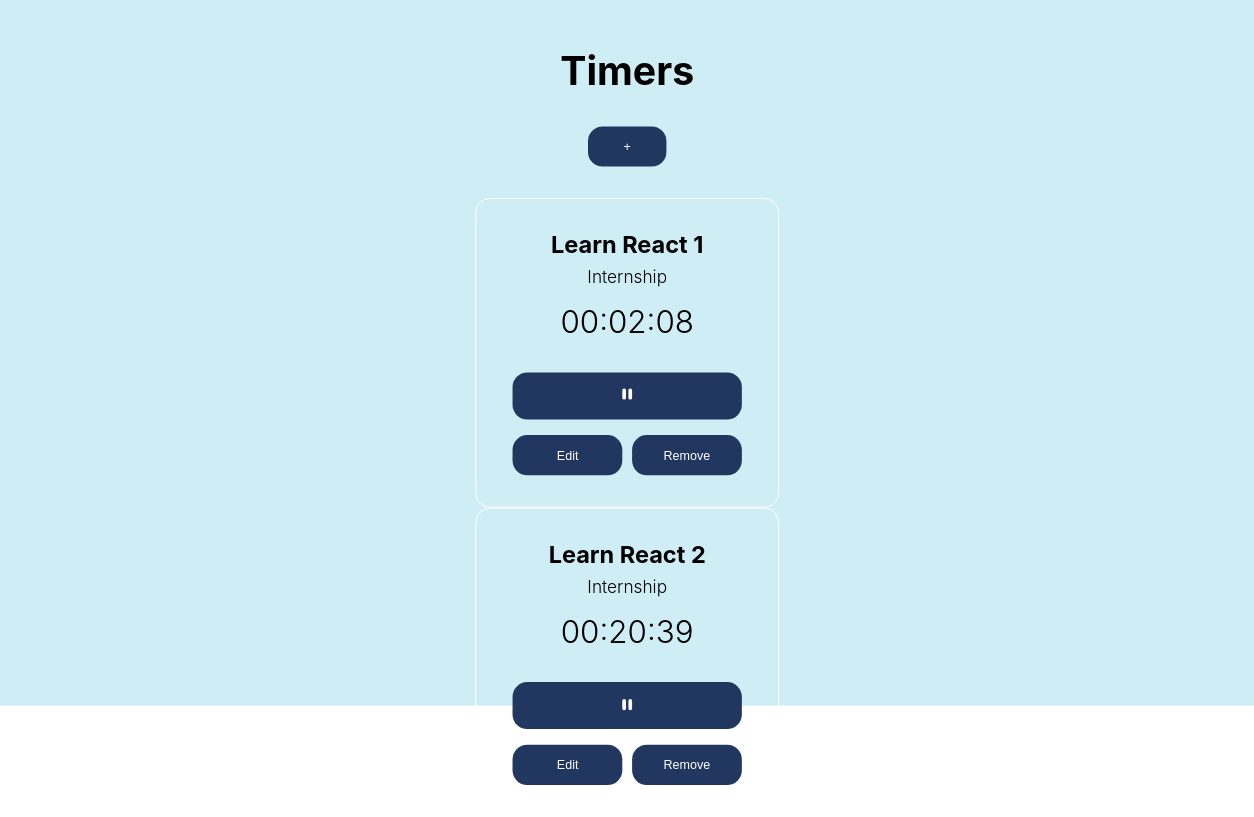
Repository: dqhuy153/react-timer
Page: /
An editor plug-in stored every save of this project. The page is shown before and after the next save, followed by the edit.
The browser window is 1280 px wide. The pictures show the whole page, at 98% of full size.
The project was rebuilt for these pictures with package versions that can differ from the ones it lists, and the page was loaded fresh each time. Also part of the build but not shown: src/components/TimerForm/TimerForm.module.scss, src/components/TimerForm/index.jsx.

Above is the page before, as saved 2021-10-26 17:40:05.

### src/index.css
* {
  padding: 0;
  margin: 0;
  box-sizing: border-box;
}

body {
  margin: 0;
  font-family: -apple-system, BlinkMacSystemFont, 'Segoe UI', 'Roboto', 'Oxygen',
    'Ubuntu', 'Cantarell', 'Fira Sans', 'Droid Sans', 'Helvetica Neue',
    sans-serif;
  -webkit-font-smoothing: antialiased;
  -moz-osx-font-smoothing: grayscale;

  font-size: 62.5%;
}

code {
  font-family: source-code-pro, Menlo, Monaco, Consolas, 'Courier New',
    monospace;
}

### src/App.js
import { useEffect, useRef, useState } from 'react';
import './App.scss';

import EditableTimerForm from './components/EditableTimerForm';
import ToggleableTimerForm from './components/ToggeableTimerForm';
import { newTimer } from './utils/TimerUtils';

function App() {
  const timerRef = useRef();
  const [timers, setTimers] = useState([
    {
      id: 1,
      title: 'Learn React 1',
      project: 'Internship',
      time: 123454,
      isRunning: true,
    },
    {
      id: 2,
      title: 'Learn React 2',
      project: 'Internship',
      time: 1234545,
      isRunning: true,
    },
  ]);

  const handleUpdateTimer = (data) => {
    let newTimers;

    //if has no id, create a new one
    if (!data.id) {
      newTimers = [
        newTimer({
          title: data.title,
          project: data.project,
        }),
        ...timers,
      ];
    }
    //update existing timer
    else {
      newTimers = timers.map((timer, idx) => {
        if (timer.id === data.id) {
          return {
            ...timer,
            title: data.title,
            project: data.project,
          };
        }

        return timer;
      });
    }

    setTimers(newTimers);
  };

  useEffect(() => {
    clearTimeout(timerRef.current);

    timerRef.current = setTimeout(() => {
      const newTimers = timers.map((timer, idx) => {
        if (timer.isRunning)
          return {
            ...timer,
            time: timer.time + 1000,
          };

        return timer;
      });

      setTimers(newTimers);
    }, 1000);
  }, [timers]);

  return (
    <div className="App">
      <div className="body">
        <h1>Timers</h1>

        <ToggleableTimerForm onUpdate={handleUpdateTimer} />

        {timers.map((timer) => {
          return (
            <EditableTimerForm
              key={timer.id}
              id={timer.id}
              title={timer.title}
              project={timer.project}
              timer={timer.time}
              isRunning={timer.isRunning}
            />
          );
        })}
      </div>
    </div>
  );
}

export default App;

### src/App.scss
.App {
  background: #ceedf5;
}

.body {
  display: flex;
  justify-content: flex-start;
  align-items: center;
  flex-direction: column;
  padding: 3rem 0;
  height: 100vh;

  h1 {
    font-size: 2.5rem;
  }
}

### src/components/EditableTimerForm/index.jsx
import React, { useState } from 'react';
import Timer from '../Timer';
import TimerForm from '../TimerForm';

import styles from './EditableTimerForm.module.scss';

const EditableTimerForm = ({
  id,
  title,
  project,
  timer,
  isRunning,
  onUpdate,
  onRemove,
  onTimerClick,
}) => {
  const [isEdit, setIsEdit] = useState(false);

  const handleOpenEdit = () => {
    setIsEdit(true);
  };

  const handleCloseEdit = () => {
    setIsEdit(false);
  };

  const handleUpdate = (data) => {
    onUpdate(data);
    handleOpenEdit();
  };

  const content = isEdit ? (
    <TimerForm
      id={id}
      title={title}
      project={project}
      timer={timer}
      onCancel={handleCloseEdit}
      onUpdate={handleUpdate}
    />
  ) : (
    <Timer
      id={id}
      title={title}
      project={project}
      timer={timer}
      isRunning={isRunning}
      onEdit={handleOpenEdit}
      onRemove={onRemove}
      onTimerClick={onTimerClick}
    />
  );

  return <div className={styles.container}>{content}</div>;
};

export default EditableTimerForm;

### src/components/ToggeableTimerForm/index.jsx
import { useState } from 'react';
import Button from '../Button';
import TimerForm from '../TimerForm';

import styles from './ToggleableTimerForm.module.scss';

const ToggleableTimerForm = ({ onUpdate, ...props }) => {
  const [isOpen, setIsOpen] = useState(false);

  const handleOpenForm = () => {
    setIsOpen(true);
  };

  const handleCloseForm = () => {
    setIsOpen(false);
  };

  const handleUpdate = (data) => {
    onUpdate(data);
    handleCloseForm();
  };

  const content = isOpen ? (
    <TimerForm onCancel={handleCloseForm} onUpdate={handleUpdate} />
  ) : (
    <Button onClick={handleOpenForm}>+</Button>
  );

  return <div className={styles.container}>{content}</div>;
};

export default ToggleableTimerForm;

### src/utils/TimerUtils.js
import { v4 as uuidv4 } from 'uuid';

export const millisecondsToHuman = (ms) => {
  const seconds = Math.floor((ms / 1000) % 60);
  const minutes = Math.floor((ms / 1000 / 60) % 60);
  const hours = Math.floor(ms / 1000 / 60 / 60);

  const humanized = [
    pad(hours.toString(), 2),
    pad(minutes.toString(), 2),
    pad(seconds.toString(), 2),
  ].join(':');

  return humanized;
};

const pad = (numberString, size) => {
  let padded = numberString;
  while (padded.length < size) {
    padded = `0${padded}`;
  }
  return padded;
};

export const newTimer = (attrs = {}) => {
  const timer = {
    title: attrs.title || 'Timer',
    project: attrs.project || 'Project',
    id: uuidv4(),
    time: 0,
    isRunning: false,
  };

  return timer;
};

### src/components/Timer/index.jsx
import React from 'react';
import { BsPauseFill, BsPlayFill } from 'react-icons/bs';

import { millisecondsToHuman } from '../../utils/TimerUtils';
import Button from '../Button';
import styles from './Timer.module.scss';

const Timer = ({
  title,
  project,
  timer,
  isRunning,
  onEdit,
  onRemove,
  onTimerClick,
}) => {
  const buttonLabel = isRunning ? (
    <BsPauseFill size={20} />
  ) : (
    <BsPlayFill size={20} />
  );

  return (
    <div className={styles.container}>
      <h2>{title}</h2>
      <p>{project}</p>
      <p className={styles.timer}>{millisecondsToHuman(timer)}</p>
      <Button className={styles.timer_btn} onClick={onTimerClick}>
        {buttonLabel}
      </Button>
      <div className={styles.btn_container}>
        <Button className={styles.btn} onClick={onEdit}>
          Edit
        </Button>
        <Button className={styles.btn} onClick={onRemove}>
          Remove
        </Button>
      </div>
    </div>
  );
};

export default Timer;

### src/components/EditableTimerForm/EditableTimerForm.module.scss
.container {
  transition: all 0.2s linear;

  &:hover {
    box-shadow: rgba(100, 100, 111, 0.2) 0px 7px 29px 0px;
    background: #ffffff;
  }
}

### src/components/Button/index.jsx
import React from 'react';

import styles from './Button.module.scss';

const Button = ({
  children,
  onClick,
  className,
  bgColor = '#22375f',
  color = '#fff',
  hoverColor = '#22375f',
  hoverBgColor = '#fff',
  ...rest
}) => {
  return (
    <button
      style={{
        '--bg-color': bgColor,
        '--color': color,
        '--hover-color': hoverColor,
        '--hover-bg-color': hoverBgColor,
      }}
      className={`${styles.container} ${className}`}
      onClick={onClick}
      children={children}
      {...rest}
    ></button>
  );
};

export default Button;

### src/components/ToggeableTimerForm/ToggleableTimerForm.module.scss
.container {
  margin: 2rem;
}

### src/components/Timer/Timer.module.scss
.container {
  text-align: center;
  border: 1px solid #fff;
  padding: 2rem;
  border-radius: 15px;

  h2 {
    font-size: 1.5rem;
    margin-bottom: 0.5rem;
  }
  p {
    font-size: 1.1rem;
    font-weight: 300;
    margin-bottom: 1rem;
  }

  .timer {
    font-size: 2rem;
  }

  .btn_container {
    .btn {
      margin: 0 0.3rem;
      min-width: 7rem;
    }
  }

  .timer_btn {
    width: 96%;
    margin: 1rem auto;
  }
}

### src/components/Button/Button.module.scss
.container {
  padding: 0.8rem 2rem;
  min-width: 5rem;
  border: none;
  color: var(--color);
  border-radius: 15px;
  background: var(--bg-color);
  font-size: 0.8rem;
  cursor: pointer;
  transition: all 0.2s linear;

  &:hover {
    box-shadow: rgba(100, 100, 111, 0.3) 0px 7px 29px 0px;
    background: var(--hover-bg-color);
    color: var(--hover-color);
    font-weight: bold;
  }

  &:active {
    transform: translateY(2px);
  }
}

Loaded but not shown: public/index.html (common file); src/index.js (common file); src/reportWebVitals.js (common file)

After the next save:
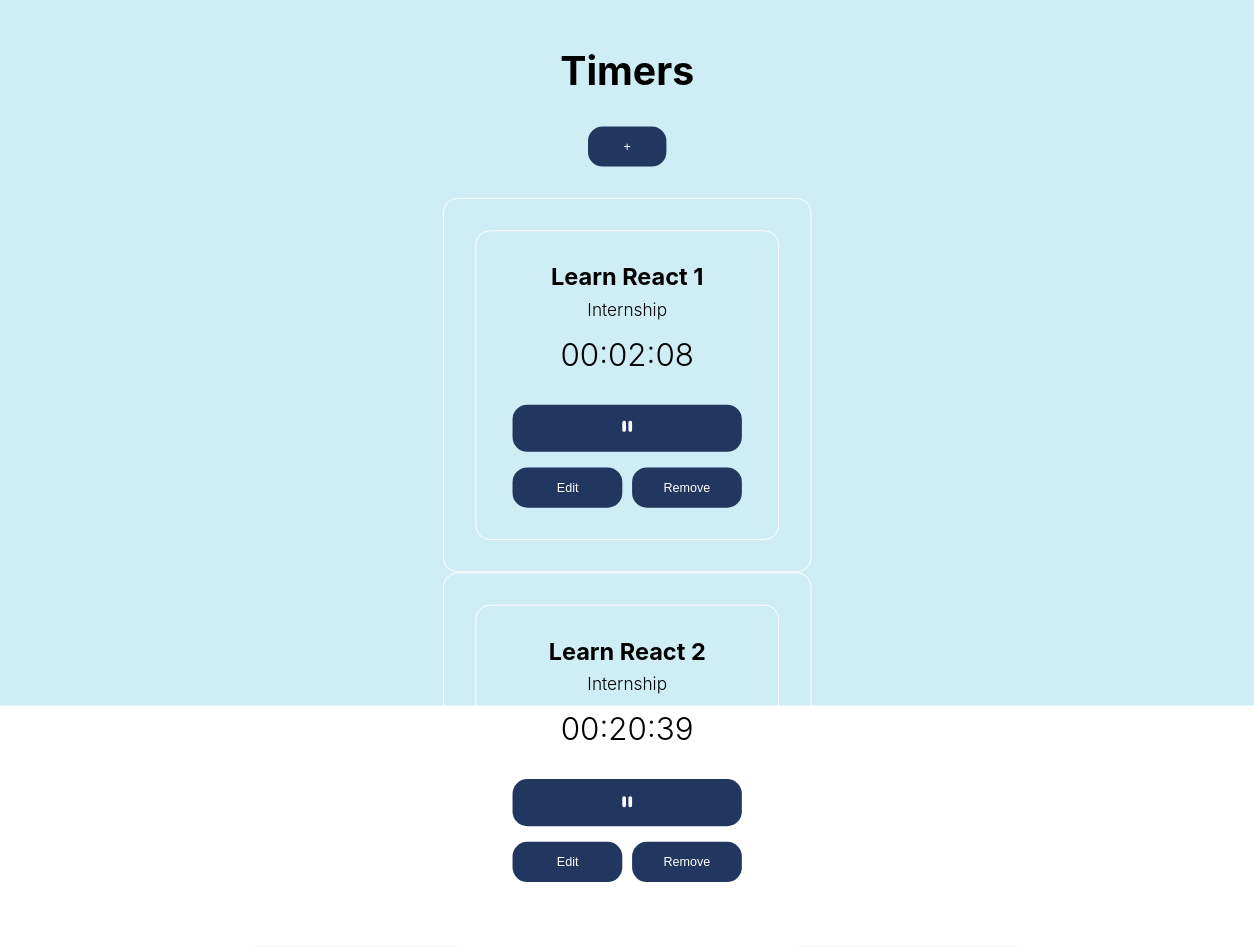
Saved 34 s later.
--- a/src/components/EditableTimerForm/EditableTimerForm.module.scss
+++ b/src/components/EditableTimerForm/EditableTimerForm.module.scss
@@ -1,5 +1,8 @@
 .container {
   transition: all 0.2s linear;
+  border: 1px solid #fff;
+  padding: 2rem;
+  border-radius: 15px;
 
   &:hover {
     box-shadow: rgba(100, 100, 111, 0.2) 0px 7px 29px 0px;

After the save that followed:
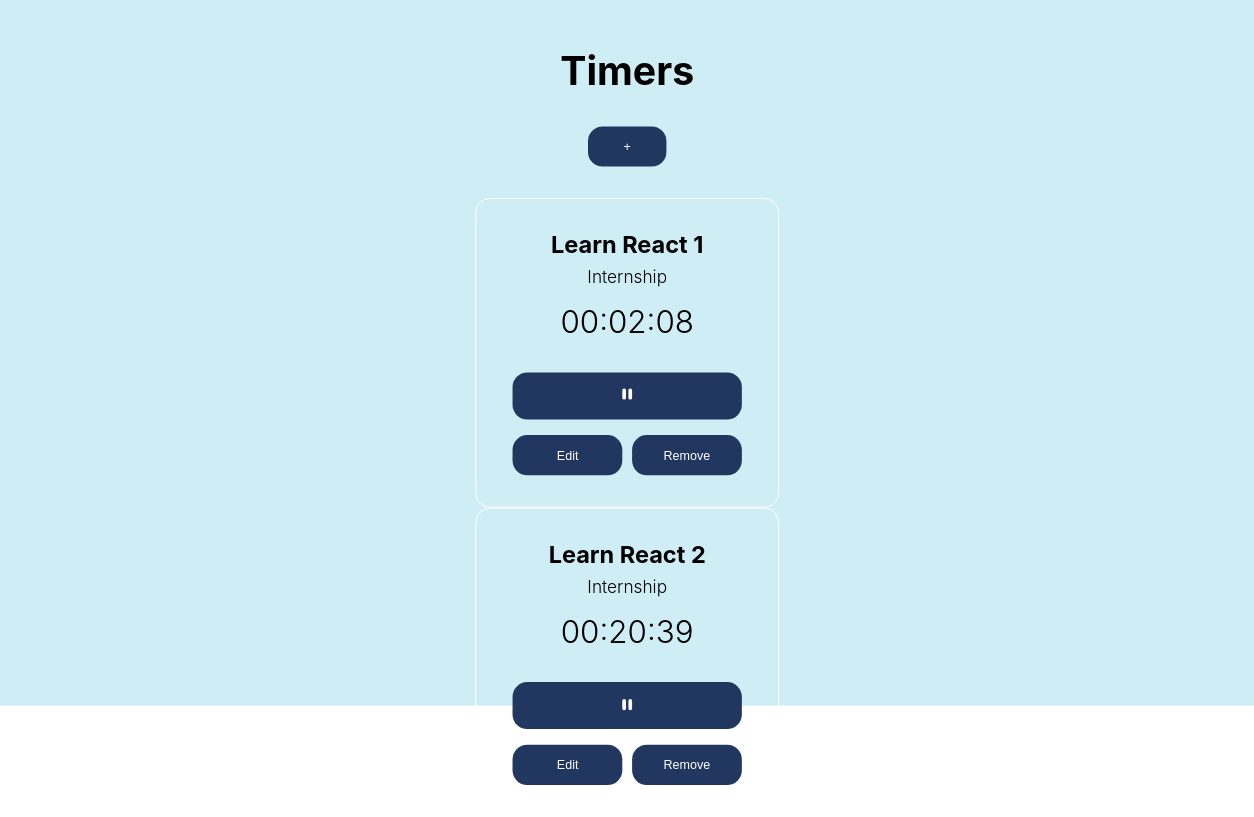
Saved 1 s later.
--- a/src/components/Timer/Timer.module.scss
+++ b/src/components/Timer/Timer.module.scss
@@ -1,8 +1,5 @@
 .container {
   text-align: center;
-  border: 1px solid #fff;
-  padding: 2rem;
-  border-radius: 15px;
 
   h2 {
     font-size: 1.5rem;
